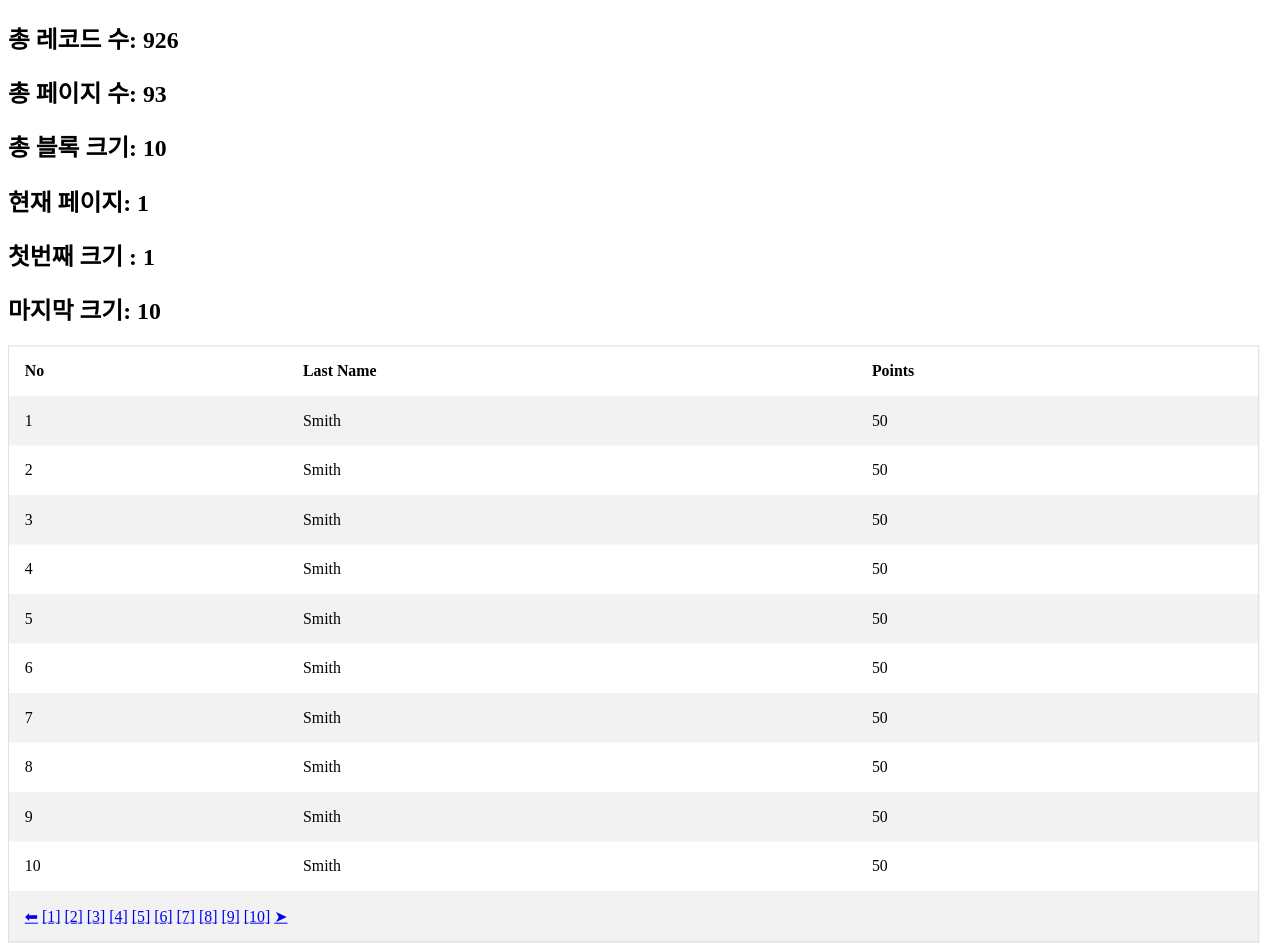
Repository: ABCchocolate/JSP_yooshin
Page: http://localhost/BoardApp/board/list.jsp?currentPage=1
The author's editor kept a copy of each file at every save. The page is drawn from the files as they stood at one save, then again after the next save.
The browser window is 1280 px wide. The pictures show the whole page, at 99% of full size.
The page is served by Tomcat 9. Other server files are loaded and not shown.

Above is the page before, as saved 2025-07-02 08:15:41.

### BoardApp/src/main/webapp/board/list.jsp
<%@ page contentType="text/html; charset=utf-8" %>
<%
	int totalRecord = 926;
	int pageSize = 10;
	int currentPage = 1;

	String paramPage = request.getParameter("currentPage");
	if (paramPage != null) {
		currentPage = Integer.parseInt(paramPage);
	}

	int totalpage = (int)Math.ceil((float)totalRecord / pageSize);
	int blockSize = 10;
	int firstPage = 10*((currentPage-1)/blockSize) + 1; //블럭당 시작페이지
	int lastPage = 10*((currentPage-1)/blockSize) + 10; //블럭당 마지막페이
%>
<!DOCTYPE html>
<html>
<head>
<meta charset="utf-8">
<meta name="viewport" content="width=device-width, initial-scale=1">
<style>
table {
  border-collapse: collapse;
  width: 100%;
  border: 1px solid #ddd;
}
th, td {
  text-align: left;
  padding: 16px;
}
tr:nth-child(even) {
  background-color: #f2f2f2;
}
</style>
</head>
<body>

<h2>총 레코드 수: <%= totalRecord %></h2>
<h2>총 페이지 수: <%= totalpage %></h2>
<h2>총 블록 크기: <%= blockSize %></h2>
<h2>현재 페이지: <%= currentPage %></h2>
<h2>첫번째 크기 : <%= firstPage %></h2>
<h2>마지막 크기: <%= lastPage %></h2>

<table>
  <tr>
    <th>No</th>
    <th>Last Name</th>
    <th>Points</th>
  </tr>
  <% for(int i = 0; i < pageSize; i++) {
       int recordNo = (currentPage - 1) * pageSize + i + 1;
       if (recordNo > totalRecord) break;
  %>
  <tr>
    <td><%= recordNo %></td>
    <td>Smith</td>
    <td>50</td>
  </tr>
  <% } %>

  <tr>
  	<td colspan="3" align="center">
 	  <a href="?currentPage=<%= (currentPage > 1 ? currentPage - 1 : 1) %>">⬅</a>
  	  <%
  		int startPage = ((currentPage - 1) / blockSize) * blockSize + 1;
  		int endPage = startPage + blockSize - 1;
  		if (endPage > totalpage) endPage = totalpage;
  		for (int i = startPage; i <= endPage; i++) {
  	  %>
  	    <a href="?currentPage=<%= i %>">[<%= i %>]</a>
  	  <% } %>
  	  <a href="?currentPage=<%= (currentPage < totalpage ? currentPage + 1 : totalpage) %>">➤</a>
  	</td>
  </tr>
</table>

</body>
</html>

After the next save:
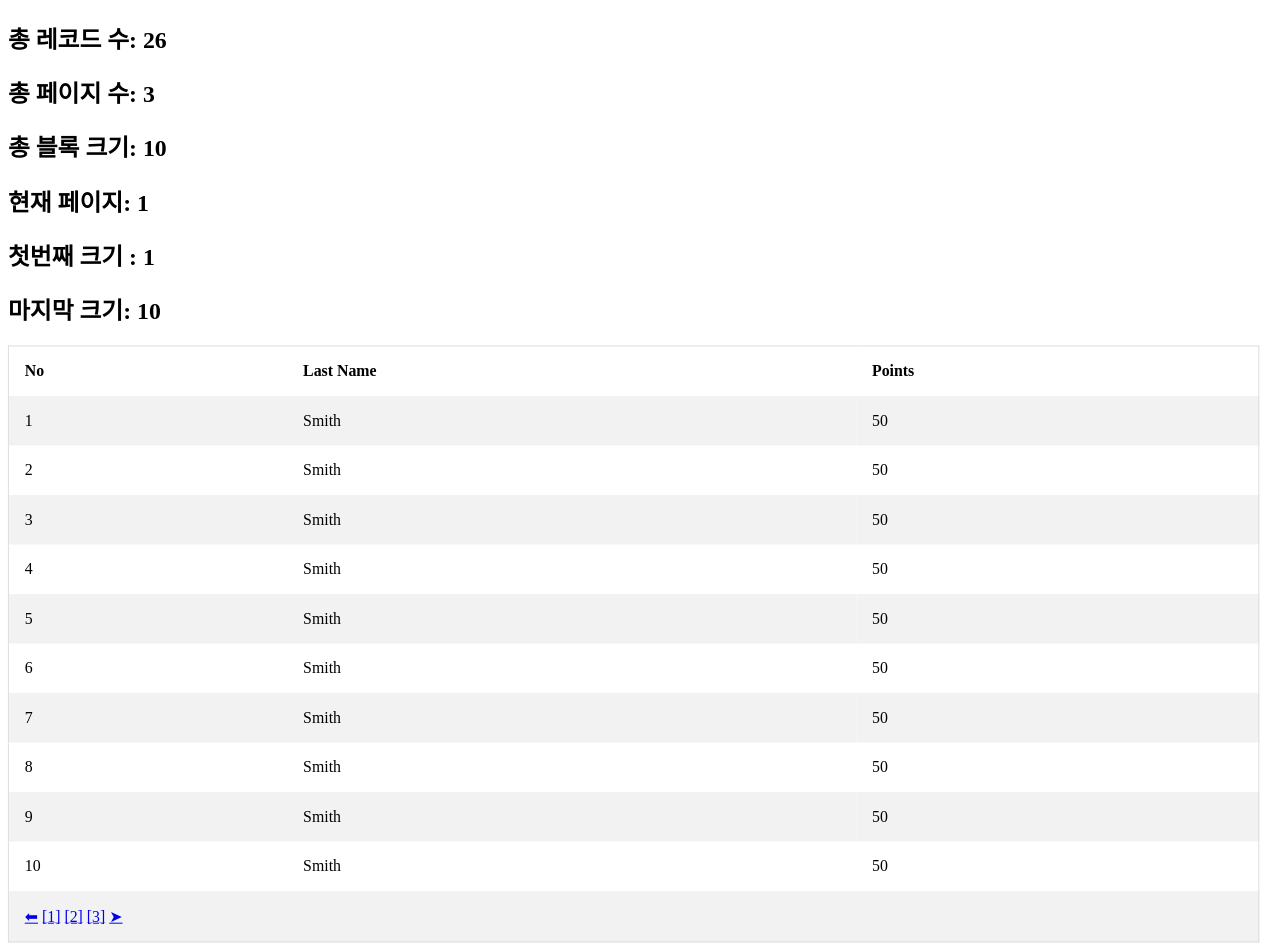
Saved 7 s later.
--- a/BoardApp/src/main/webapp/board/list.jsp
+++ b/BoardApp/src/main/webapp/board/list.jsp
@@ -1,6 +1,6 @@
 <%@ page contentType="text/html; charset=utf-8" %>
 <%
-	int totalRecord = 926;
+	int totalRecord = 26;
 	int pageSize = 10;
 	int currentPage = 1;
 

After the 2 saves that followed:
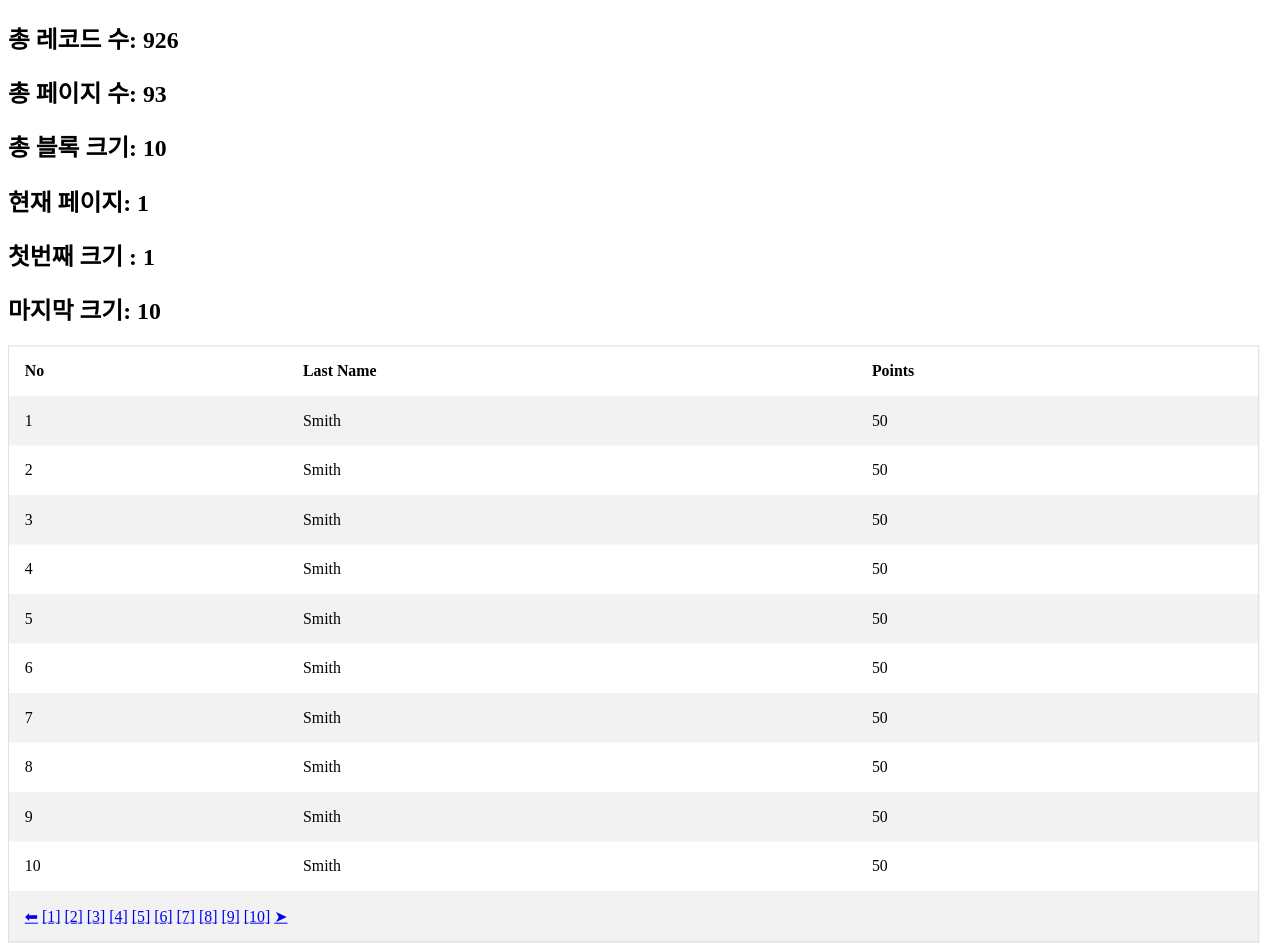
The 2 saves are shown as one change because 1 did not build or start.
The last was saved 43 s later.
--- a/BoardApp/src/main/webapp/board/list.jsp
+++ b/BoardApp/src/main/webapp/board/list.jsp
@@ -1,6 +1,6 @@
 <%@ page contentType="text/html; charset=utf-8" %>
 <%
-	int totalRecord = 26;
+	int totalRecord = 926;
 	int pageSize = 10;
 	int currentPage = 1;
 
